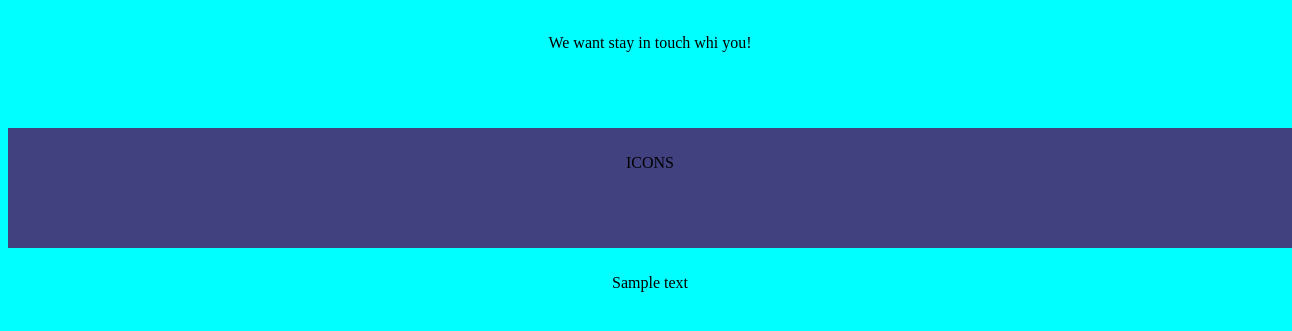
Repository: JhonMercedes/profile
Page: index.html
An editor plug-in stored every save of this project. The page is shown before and after the next save, followed by the edit.
The browser window is 1280 px wide. The page is 1292 px wide, then 1280 px, so the pictures cover 1292 px, including what lies to the right of the window. The pictures show the whole page.

Above is the page before, as saved 2021-12-08 02:03:07.

### index.html
<!DOCTYPE html>
<html lang="en">
<head>
    <meta charset="UTF-8">
    <meta http-equiv="X-UA-Compatible" content="IE=edge">
    <meta name="viewport" content="width=device-width, initial-scale=1.0">
    <link rel="stylesheet" href="style.css">
    <title>J.A</title>
</head>
<body>

    <div class="container">
        <p>We want stay in touch whi you!</p>
    </div>
    <div class="container2">
        <p>ICONS</p>
    </div>
    <div class="container3">
        <p>Sample text</p>
    </div>

</body>
</html>

### style.css
body {
    background: aqua;
}

.container, .container2, .container3 {
    width: 100%;
    height: 100px;
    text-align: center;
    padding: 10px;
}

.container2 {
    background-color: rgb(65, 65, 128);
}

After the next save:
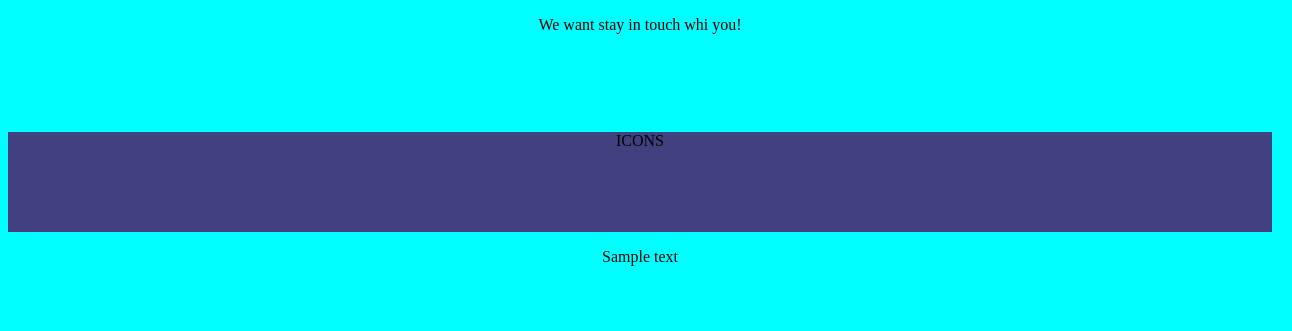
Saved 5 s later.
--- a/style.css
+++ b/style.css
@@ -6,7 +6,7 @@
     width: 100%;
     height: 100px;
     text-align: center;
-    padding: 10px;
+    padding: auto;
 }
 
 .container2 {
